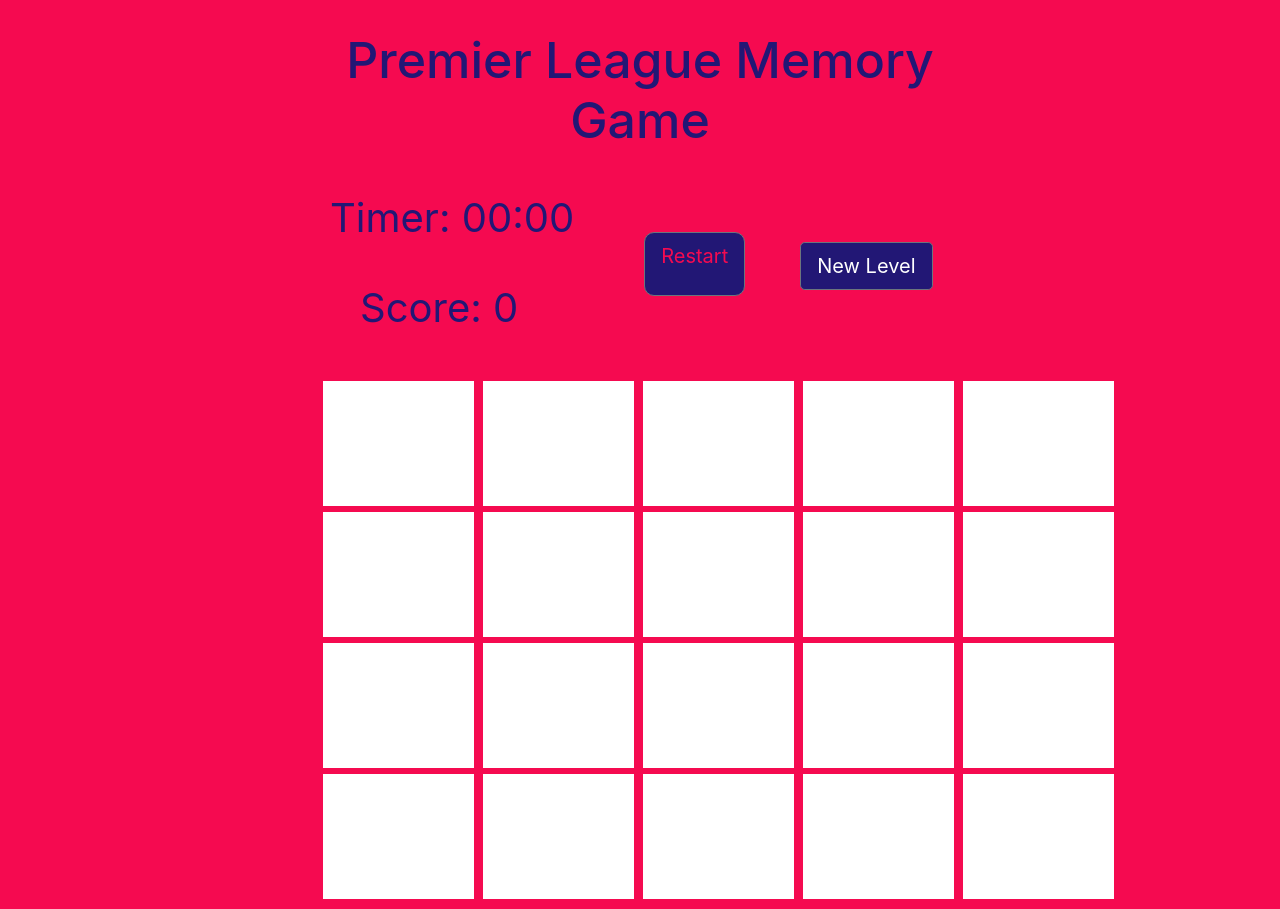
Repository: IchaTreasure/Premier-League-Memory-Game-
Page: index1.html
The author's editor kept a record of every edit. The page is drawn from the files as they stood at one moment, then again after the next edit.
The browser window is 1280 px wide. The pictures show the whole page.
Some web libraries are served in a nearby version.

Above is the page before.

### index1.html
<!DOCTYPE html>
<html lang="en">

<head>
    <meta charset="UTF-8">
    <meta name="viewport" content="width=device-width, initial-scale=1.0">
    <meta http-equiv="X-UA-Compatible" content="ie=edge">
    <link rel="stylesheet" href="https://maxcdn.bootstrapcdn.com/bootstrap/4.1.3/css/bootstrap.min.css">
    <link rel="stylesheet" href="https://use.fontawesome.com/releases/v5.6.1/css/all.css" integrity="sha384-gfdkjb5BdAXd+lj+gudLWI+BXq4IuLW5IT+brZEZsLFm++aCMlF1V92rMkPaX4PP" crossorigin="anonymous">
    <link rel="stylesheet" href="https://stackpath.bootstrapcdn.com/bootstrap/4.3.1/css/bootstrap.min.css" type="text/css" />
    <link rel="stylesheet" href="https://stackpath.bootstrapcdn.com/font-awesome/4.7.0/css/font-awesome.min.css" type="text/css" />
    <link rel="stylesheet" href="https://cdnjs.cloudflare.com/ajax/libs/hover.css/2.3.1/css/hover-min.css" type="text/css" />
    <link href="https://fonts.googleapis.com/css?family=Roboto:400,700" rel="stylesheet">
    <link rel="canonical" href="https://getbootstrap.com/docs/4.3/examples/starter-template/">
    <link rel="stylesheet" href="css/styles.css" type="text/css" />
    <title>Premier League Memory Game</title>
</head>

<body>
    <div class="game-info">
        <!-- Title of the the game -->
        <h1 style="color: #221775; text-align: center; font-size: 50px;">
            Premier League Memory Game
        </h1>
        <table>
            <tr>
                <td>
                    <!-- div to show timer -->
                    <div class="game-timer">
                        <span>Timer:</span>
                        <span>00:00</span>

                       <!-- <input id="minutes" type="text" style="width: 10px; border: none; font-size: 16px; font-weight: bold; color: black;">

                        <font size="5"> :</font>

                        <input id="seconds" type="text" style="width: 20px; border: none; font-size: 16px; font-weight: bold; color: black;">

                        <input id="minutes" type="text" style="width: 10px; border: none; font-size: 16px; font-weight: bold; color: black;">

                        <font size="5"> :</font>

                        <input id="seconds" type="text" style="width: 20px; border: none; font-size: 16px; font-weight: bold; color: black;">

                    </div>
                </td>
                <td>
                    <!-- div to show current score -->
                    <div id="game-score">
                        <span>Score:</span>
                        <span>0</span>
                    </div>
                </td>
                <td>
                    <!-- div to reset the game -->
                    <button id="reset-game" class="btn btn-secondary btn-lg" style="background-color: #221775;">
                   <p style="color: #f50a50;">Restart</p>
                    </button>
                </td>

                <td style="padding-left: 55px;">
                    <button type="button" class="btn btn-secondary btn-lg" data-toggle="modal" data-target="#myModal" style="background-color: #221775;">New Level</button>

                    <!-- Modal -->
                    <div class="modal fade" id="myModal" role="dialog">
                        <div class="modal-dialog">

                            <!-- Modal content-->
                            <div class="modal-content">
                                <div class="modal-header">
                                    <h4 class="modal-title">Please select your difficulty</h4>
                                    <button type="button" class="close" data-dismiss="modal">&times;</button>
                                </div>
                                <div class="modal-body">
                                    <a href="index2.html" class="btn btn-secondary btn-lg active" role="button" aria-pressed="true" style="background-color: #221775;">3 X 4</a>
                                    <a href="index1.html" class="btn btn-secondary btn-lg active" role="button" aria-pressed="true" style="background-color: #221775;">4 X 5</a>
                                </div>
                                <div class="modal-footer">
                                    <button type="button" class="btn btn-default" data-dismiss="modal">Close</button>
                                </div>
                            </div>
                        </div>
                    </div>
                </td>
            </tr>

        </table>
    </div>

    <!-- Modal -->
    <div class="modal fade" id="mModal" role="dialog">
        <div class="modal-dialog">
            <!-- Modal content-->
            <div class="modal-content">
                <div class="modal-header">
                    <h4 class="modal-title">Please select your difficulty</h4>
                    <button type="button" class="close" data-dismiss="modal">&times;</button>
                </div>
                <div class="modal-body">
                    <a href="index1.html" class="btn btn-secondary btn-lg active" role="button" aria-pressed="true" style="background-color: #221775;">4 X 5</a>
                    <a href="index1.html" class="btn btn-secondary btn-lg active" role="button" aria-pressed="true" style="background-color: #221775;">4 X 5</a>
                    <a href="index1.html" class="btn btn-secondary btn-lg active" role="button" aria-pressed="true" style="background-color: #221775;">4 X 5</a>
                </div>
                <div class="modal-footer">
                    <button type="button" class="btn btn-default" data-dismiss="modal">Close</button>
                </div>
            </div>
        </div>
    </div>

    <!-- div for the 4x5 Memory game -->
    <div id="game-container">
        <table style="width:100%">
            <tr>
                <td>
                    <!-- div for the front and back images of the cards , coppied 20 time because its a 4x5 -->
                    <div id="memory-card1" class="memory-card">
                        <div id="back-card1" class="back-card">
                            <img src="Images/manunited.jpg"></img>
                        </div>
                        <div id="front-card1" class="front-card">

                        </div>
                    </div>
                </td>

                <!-- div for the front and back images of the cards , coppied 20 time because its a 4x5 -->
                <td>
                    <div id="memory-card2" class="memory-card">
                        <div id="back-card2" class="back-card">
                            <img src="Images/Mancity.png"></img>
                        </div>
                        <div id="front-card2" class="front-card">

                        </div>
                    </div>
                </td>

                <!-- div for the front and back images of the cards , coppied 20 time because its a 4x5 -->
                <td>
                    <div id="memory-card3" class="memory-card">
                        <div id="back-card3" class="back-card">
                            <img src="Images/leicester.jpg"></img>
                        </div>
                        <div id="front-card3" class="front-card">

                        </div>
                    </div>
                </td>

                <!-- div for the front and back images of the cards , coppied 20 time because its a 4x5 -->
                <td>
                    <div id="memory-card4" class="memory-card">
                        <div id="back-card4" class="back-card">
                            <img src="Images/Everton.png"></img>
                        </div>
                        <div id="front-card4" class="front-card">

                        </div>
                    </div>
                </td>

                <!-- div for the front and back images of the cards , coppied 20 time because its a 4x5 -->
                <td>
                    <div id="memory-card5" class="memory-card">
                        <div id="back-card5" class="back-card">
                            <img src="Images/chelsea.png"></img>
                        </div>
                        <div id="front-card5" class="front-card">

                        </div>
                    </div>
                </td>
            </tr>
            <!-- div for the front and back images of the cards , coppied 20 time because its a 4x5 -->
            <tr>
                <td>
                    <div id="memory-card6" class="memory-card">
                        <div id="back-card6" class="back-card">
                            <img src="Images/Watford.png"></img>
                        </div>
                        <div id="front-card6" class="front-card">

                        </div>
                    </div>
                </td>

                <!-- div for the front and back images of the cards , coppied 20 time because its a 4x5 -->
                <td>
                    <div id="memory-card7" class="memory-card">
                        <div id="back-card7" class="back-card">
                            <img src="Images/west-ham.png"></img>
                        </div>
                        <div id="front-card7" class="front-card">

                        </div>
                    </div>
                </td>

                <!-- div for the front and back images of the cards , coppied 20 time because its a 4x5 -->
                <td>
                    <div id="memory-card8" class="memory-card">
                        <div id="back-card8" class="back-card">
                            <img src="Images/bournemouth.jpg"></img>
                        </div>
                        <div id="front-card8" class="front-card">

                        </div>
                    </div>
                </td>

                <!-- div for the front and back images of the cards , coppied 20 time because its a 4x5 -->
                <td>
                    <div id="memory-card9" class="memory-card">
                        <div id="back-card9" class="back-card">
                            <img src="Images/Burnley.png"></img>
                        </div>
                        <div id="front-card9" class="front-card">

                        </div>
                    </div>
                </td>

                <!-- div for the front and back images of the cards , coppied 20 time because its a 4x5 -->
                <td>
                    <div id="memory-card10" class="memory-card">
                        <div id="back-card10" class="back-card">
                            <img src="Images/crystal_pal.png"></img>
                        </div>
                        <div id="front-card10" class="front-card">

                        </div>
                    </div>
                </td>
            </tr>

            <!-- div for the front and back images of the cards , coppied 20 time because its a 4x5 -->
            <tr>
                <td>
                    <div id="memory-card11" class="memory-card">
                        <div id="back-card11" class="back-card">
                            <img src="Images/manunited.jpg"></img>
                        </div>
                        <div id="front-card11" class="front-card">

                        </div>
                    </div>
                </td>

                <!-- div for the front and back images of the cards , coppied 20 time because its a 4x5 -->
                <td>
                    <div id="memory-card12" class="memory-card">
                        <div id="back-card12" class="back-card">
                            <img src="Images/Watford.png"></img>
                        </div>
                        <div id="front-card12" class="front-card">

                        </div>
                    </div>
                </td>

                <!-- div for the front and back images of the cards , coppied 20 time because its a 4x5 -->
                <td>
                    <div id="memory-card13" class="memory-card">
                        <div id="back-card13" class="back-card">
                            <img src="Images/Burnley.png"></img>
                        </div>
                        <div id="front-card13" class="front-card">

                        </div>
                    </div>
                </td>

                <!-- div for the front and back images of the cards , coppied 20 time because its a 4x5 -->
                <td>
                    <div id="memory-card14" class="memory-card">
                        <div id="back-card14" class="back-card">
                            <img src="Images/west-ham.png"></img>
                        </div>
                        <div id="front-card14" class="front-card">

                        </div>
                    </div>
                </td>

                <!-- div for the front and back images of the cards , coppied 20 time because its a 4x5 -->
                <td>
                    <div id="memory-card15" class="memory-card">
                        <div id="back-card15" class="back-card">
                            <img src="Images/chelsea.png"></img>
                        </div>
                        <div id="front-card15" class="front-card">

                        </div>
                    </div>
                </td>
            </tr>

            <!-- div for the front and back images of the cards , coppied 20 time because its a 4x5 -->
            <tr>
                <td>
                    <div id="memory-card16" class="memory-card">
                        <div id="back-card16" class="back-card">
                            <img src="Images/bournemouth.jpg"></img>
                        </div>
                        <div id="front-card16" class="front-card">

                        </div>
                    </div>
                </td>

                <!-- div for the front and back images of the cards , coppied 20 time because its a 4x5 -->
                <td>
                    <div id="memory-card17" class="memory-card">
                        <div id="back-card17" class="back-card">
                            <img src="Images/leicester.jpg"></img>
                        </div>
                        <div id="front-card17" class="front-card">

                        </div>
                    </div>
                </td>

                <!-- div for the front and back images of the cards , coppied 20 time because its a 4x5 -->
                <td>
                    <div id="memory-card18" class="memory-card">
                        <div id="back-card18" class="back-card">
                            <img src="Images/crystal_pal.png"></img>
                        </div>
                        <div id="front-card18" class="front-card">

                        </div>
                    </div>
                </td>

                <!-- div for the front and back images of the cards , coppied 20 time because its a 4x5 -->
                <td>
                    <div id="memory-card19" class="memory-card">
                        <div id="back-card19" class="back-card">
                            <img src="Images/Mancity.png"></img>
                        </div>
                        <div id="front-card19" class="front-card">

                        </div>
                    </div>
                </td>

                <!-- div for the front and back images of the cards , coppied 20 time because its a 4x5 -->
                <td>
                    <div id="memory-card20" class="memory-card">
                        <div id="back-card20" class="back-card">
                            <img src="Images/Everton.png"></img>
                        </div>
                        <div id="front-card20" class="front-card">

                        </div>
                    </div>
                </td>
            </tr>
        </table>
    </div>
    <script type="text/javascript" src="Javascript/script.js"></script>
    <script src="https://code.jquery.com/jquery-3.3.1.slim.min.js" integrity="sha384-q8i/X+965DzO0rT7abK41JStQIAqVgRVzpbzo5smXKp4YfRvH+8abtTE1Pi6jizo" crossorigin="anonymous"></script>
    <script src="https://cdnjs.cloudflare.com/ajax/libs/popper.js/1.14.7/umd/popper.min.js" integrity="sha384-UO2eT0CpHqdSJQ6hJty5KVphtPhzWj9WO1clHTMGa3JDZwrnQq4sF86dIHNDz0W1" crossorigin="anonymous"></script>
    <script src="https://stackpath.bootstrapcdn.com/bootstrap/4.3.1/js/bootstrap.min.js" integrity="sha384-JjSmVgyd0p3pXB1rRibZUAYoIIy6OrQ6VrjIEaFf/nJGzIxFDsf4x0xIM+B07jRM" crossorigin="anonymous"></script>

</body>

</html>

### css/styles.css
* {
  padding: 0;
  margin: 0;
  box-sizing: border-box;
  user-select: none;
}

body {
  background: #f50a50;

}

.homepage{
	background-image: url('Images/premier_league.jpg');
	width: 700px;
	height: 700px;
}

/* currnent status of the game stying */
.game-info {
	font-size: 40px;
	color: #221775;
	margin-top: 30px;
	margin-bottom: 10px;
	margin-right: 300px;
	margin-left: 300px;
}

/* Space between the timer and score */
#game-score{
	margin: 30px;
}
.game-timer{
  margin: 30px;
}

#reset-game {
  background-color: #221775;
	margin-left: 40px;
	border-radius: 10px;
}

#game-container {
  float: left;
	width: 800px;
	height: auto;
	margin-left: 320px;
}

img {
	width: 120px;
	height: 110px;
}

.memory-card{
  width: 151px;
	height: 125px;
	display: inline-block;
	float: left;
	margin: 3px;
	padding: 10px;
	background-color: white;
}

	.memory-card:active {
    transform: scale(.90);
    transition: .5s;
}

.front-card {
	position: absolute;
	width: 150px;
	height: 125px;
	margin: 0;
	transform: rotateY(0deg);
	transition: transform 0.5s linear 0s;
	backface-visibility: hidden;

}

.back-card {
	position: absolute;
	width: 150px;
	height: 125px;
	transform: rotateY(180deg);
	transition: transform 0.5s linear 0s;
	backface-visibility: hidden;
}

### Javascript/script.js
//retriving the the classes of the game, timer, score and reset
var gamecontainer = document.getElementById("game-container");
var gametimer = document.getElementsByClassName("game-timer");
var gamescore = document.getElementById("game-score");
var resetgame = document.getElementsByClassName("reset-game");

var status = 0;

var cardPictures = [
    '<img src="Images/manunited.jpg">',
    '<img src="Images/manunited.jpg">',
    '<img src="Images/Mancity.png">',
    '<img src="Images/Mancity.png">',
    '<img src="Images/leicester.jpg">',
    '<img src="Images/leicester.jpg">',
    '<img src="Images/Everton.png">',
    '<img src="Images/Everton.png">',
    '<img src="Images/chelsea.png">',
    '<img src="Images/chelsea.png">',
    '<img src="Images/Watford.png">',
    '<img src="Images/Watford.png">',
    '<img src="Images/west-ham.png">',
    '<img src="Images/west-ham.png">',
    '<img src="Images/bournemouth.jpg">',
    '<img src="Images/bournemouth.jpg">',
    '<img src="Images/Burnley.png">',
    '<img src="Images/Burnley.png">',
    '<img src="Images/crystal_pal.png">',
    '<img src="Images/crystal_pal.png">',
];



var cardChecked = 0;
var cardNumber; // id of which card was clicked

var frontcard;
var backcard;

var endgame = false;
var cardIndex = [0, 0, 0, 0, 0, 0, 0, 0, 0, 0, 0, 0, 0, 0, 0, 0, 0, 0, 0, 0];
var imageIndex = [];
var cardTextRecord = [];
var cardRecord = [];
var numberOfFlips = 0;
var scoreCounter = 0;

//Fliping the cards
document.getElementById("game-container").addEventListener("click", function(e) { // Listening for click
	var targetElement = e.target.parentElement; //finding out which element was clicked and the parent of that elemnt
	var numId = targetElement.id;
	if (Number.isInteger(parseInt(numId.replace("back-card", ""), 10))) {
		cardClicked(targetElement.parentElement.id);
	}
	else {
		cardClicked(numId);
	}
});


function cardClicked(cardId) {
	cardNumber = cardId.replace("memory-card", "");
	cardNumber = parseInt(cardNumber, 10);

	if (cardIndex[cardNumber - 1] == 0 && cardChecked == 0 && endgame == false) {
		document.getElementById("front-card" + cardNumber).style.transform = "rotateY(-180deg)";
		document.getElementById("back-card" + cardNumber).style.transform = "rotateY(0deg)";
		cardTextRecord.push(document.getElementById("back-card" + cardNumber).innerHTML);
		cardRecord.push(cardNumber);
		numberOfFlips++;
		cardIndex[cardNumber - 1] = 1;
		if (numberOfFlips == 2) {
			if (cardTextRecord[0] == cardTextRecord[1]) {
				scoreCounter++;
				document.getElementById("game-score").innerHTML = "Score: " + scoreCounter;
				cardTextRecord = [];
				cardRecord = [];

				numberOfFlips = 0;
				if (scoreCounter == 10) {
					clearTimeout();
					setTimeout(function() { showScore(); }, 600);
				}
				return;
			}
			else {
				cardChecked = 1;
				setTimeout(function() { unFlip(); }, 600);
				return;
			}
		}
	}

	if (endgame == true) {
		alert("Game Over, click reset to reshuffle the Board");
	}
}

function unFlip() {
	document.getElementById("front-card" + cardRecord[0]).style.transform = "rotateY(0deg)";
	document.getElementById("back-card" + cardRecord[0]).style.transform = "rotateY(180deg)";
	document.getElementById("front-card" + cardRecord[1]).style.transform = "rotateY(0deg)";
	document.getElementById("back-card" + cardRecord[1]).style.transform = "rotateY(180deg)";
	cardIndex[cardRecord[0] - 1] = 0;
	cardIndex[cardRecord[1] - 1] = 0;
	cardTextRecord = [];
	cardRecord = [];
	numberOfFlips = 0;
	cardChecked = 0;
}

function showScore() {
	endgame = true;
	if (scoreCounter == 10) {
		alert("Congratulations! You won! Your Score is " + scoreCounter);
	}
	else {
		alert("Sorry!!!! You Lost Your score is " + scoreCounter);
	}
}

document.getElementById("reset-game").addEventListener("click", startNewGame);
function startNewGame() {
	window.location.reload();
}

function resetBoard(){
	for (var i=0; i<20; i++){ // For loop to loop 20 times for all 20 cards
		if(i == 0) {
			// using the Math.random function to generate random nubers
			var randomNum = Math.round(Math.random() * cardPictures.length);

			//while loop to check loop again until the number is between 0-19
			while(randomNum == cardPictures.length){
			randomNum = Math.round(Math.random() * cardPictures.length);
			}
			// after a random number between 0-19 has been generated the image index is updated
			//with the randomNum
			imageIndex[i] = randomNum;
		}
				else { //generate unique random values - not in imageIndex array
			while(status == 0) {
				randomNum = Math.round(Math.random() * cardPictures.length); //12
				if(randomNum !== cardPictures.length) {
					for(var j=0; j<imageIndex.length; j++) {
						if(randomNum == imageIndex[j]) { // 3 == 12
							break;
						}
						else if(j == imageIndex.length - 1) { // 3 == 3
							status = 1;
							imageIndex[i] = randomNum;
						}
					}
				}
			}
		}
		status = 0;
		document.getElementById("back-card" + (i+1)).innerHTML = cardPictures[randomNum];

	}
}

window.onload = resetBoard();

After the next edit:
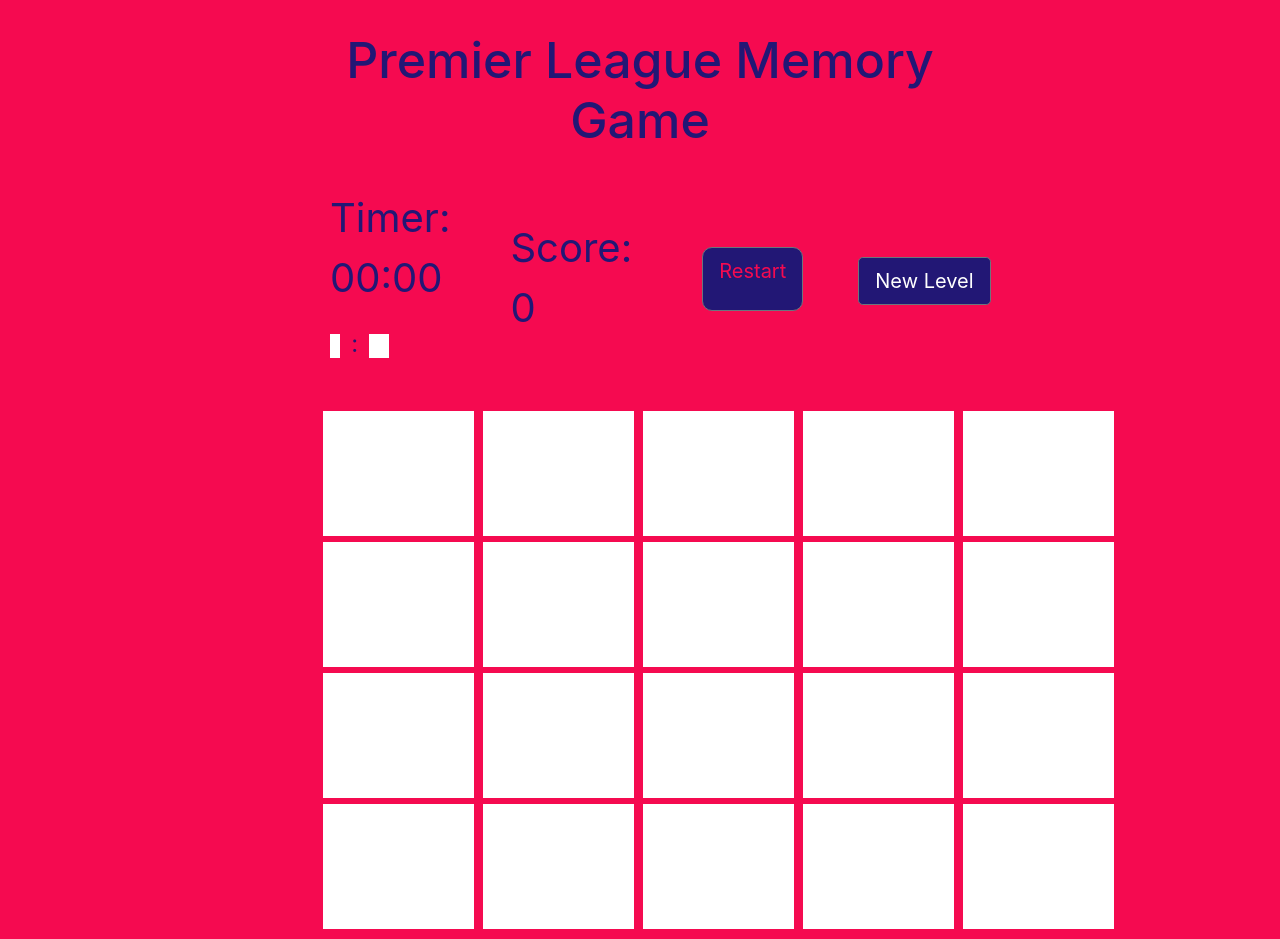
The edit:
--- a/index1.html
+++ b/index1.html
@@ -34,7 +34,7 @@
 
                         <font size="5"> :</font>
 
-                        <input id="seconds" type="text" style="width: 20px; border: none; font-size: 16px; font-weight: bold; color: black;">
+                        <input id="seconds" type="text" style="width: 20px; border: none; font-size: 16px; font-weight: bold; color: black;"> -->
 
                         <input id="minutes" type="text" style="width: 10px; border: none; font-size: 16px; font-weight: bold; color: black;">
 
